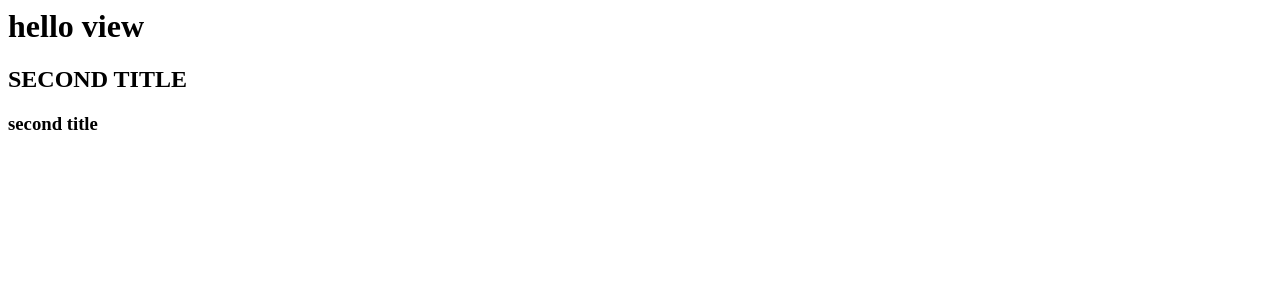
Repository: Matt-Thew/libLang
Page: vue/cnd.html
The author's editor kept a copy of each file at every save. The page is drawn from the files as they stood at one save, then again after the next save.
The browser window is 1280 px wide. The pictures show the whole page.

Above is the page before, as saved 2019-04-20 16:28:56.

After the next save:
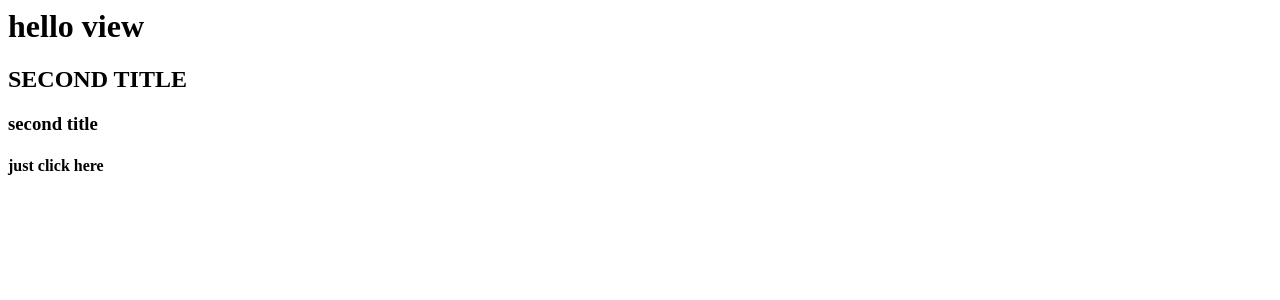
Saved 81 min 12 s later.
--- a/vue/cnd.html
+++ b/vue/cnd.html
@@ -9,6 +9,7 @@
 
         <h2>{{ title.toUpperCase() }}</h2>
         <h3 v-text="title"> helo v-text</h3>
+        <h4 v-on:click="sayHello">just click here</h4>
     </div>
 
 
@@ -26,6 +27,11 @@
         el: '.second',
         data:{
             title:"second title"
+        },
+        method:{
+            sayHello: function(){
+                alert("just hello data");
+            }
         }
     });
 </script>
